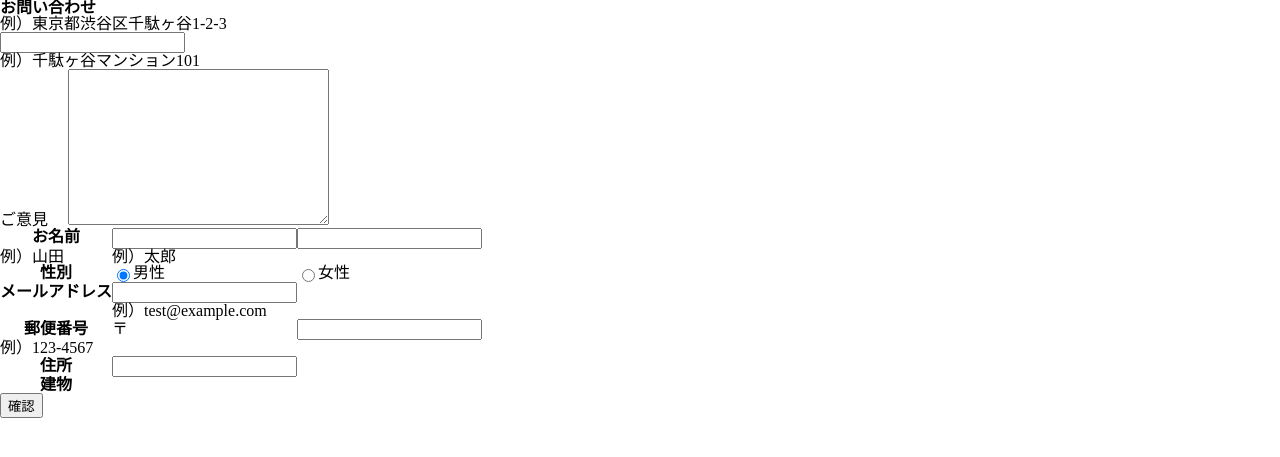
Repository: 1000sky/20220728majima
Page: http://localhost/contact
An editor plug-in stored every save of this project. The page is shown before and after the next save, followed by the edit.
The browser window is 1280 px wide. The pictures show the whole page.
The page is served by the project's Laravel application, run on PHP 8.4 with Laravel 8. Queries for data that is not in the repository find no rows.

Above is the page before, as saved 2022-07-28 00:02:30.

After the next save:
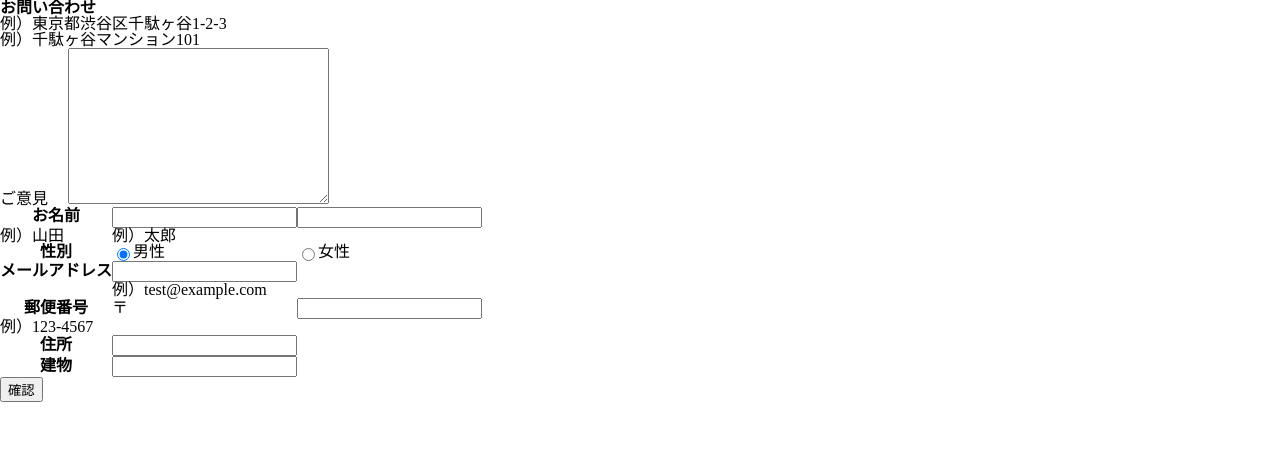
Saved 38 s later.
--- a/advance-test/resources/views/contact.blade.php
+++ b/advance-test/resources/views/contact.blade.php
@@ -88,9 +88,9 @@
         </tr>
 
         <tr>
-         <th><label for="">建物</th>
-          <input type="text"><p>例）千駄ヶ谷マンション101</p>
-        </label>
+         <th><label for="">建物</label></th>
+         <td><input type="text"></td><p>例）千駄ヶ谷マンション101</p>
+
         </tr>
 
         <tr>
